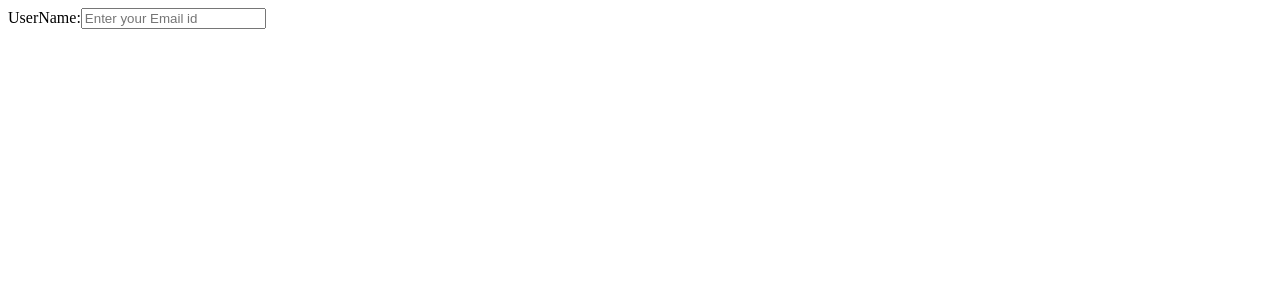
Repository: MohansaiAnuval/Projects-Servlet
Page: http://localhost/LoginPage/
The author's editor kept a copy of each file at every save. The page is drawn from the files as they stood at one save, then again after the next save.
The browser window is 1280 px wide. The pictures show the whole page.
The page is served by Tomcat 9.

Above is the page before, as saved 2024-05-29 11:27:56.

After the next save:
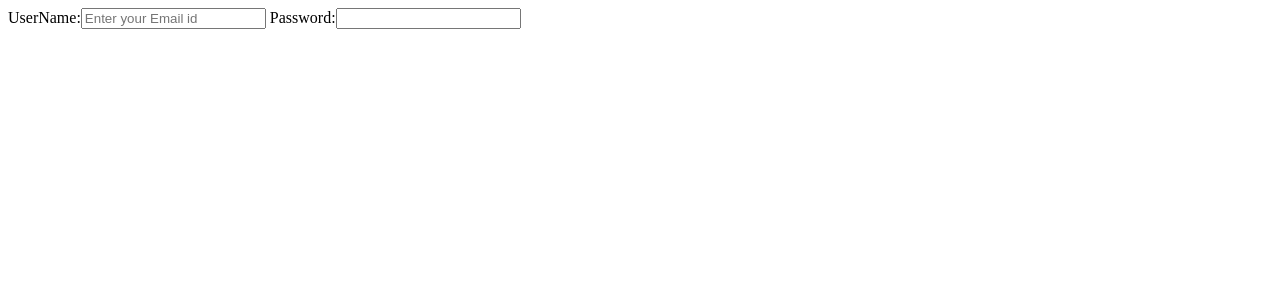
Saved 32 s later.
--- a/LoginPage/src/main/webapp/index.jsp
+++ b/LoginPage/src/main/webapp/index.jsp
@@ -10,6 +10,7 @@
 
 <form action="" method="post">
 UserName:<input type="text" name="username" placeholder="Enter your Email id">
+Password:<input type="password" name="password">
 
 
 </form>
